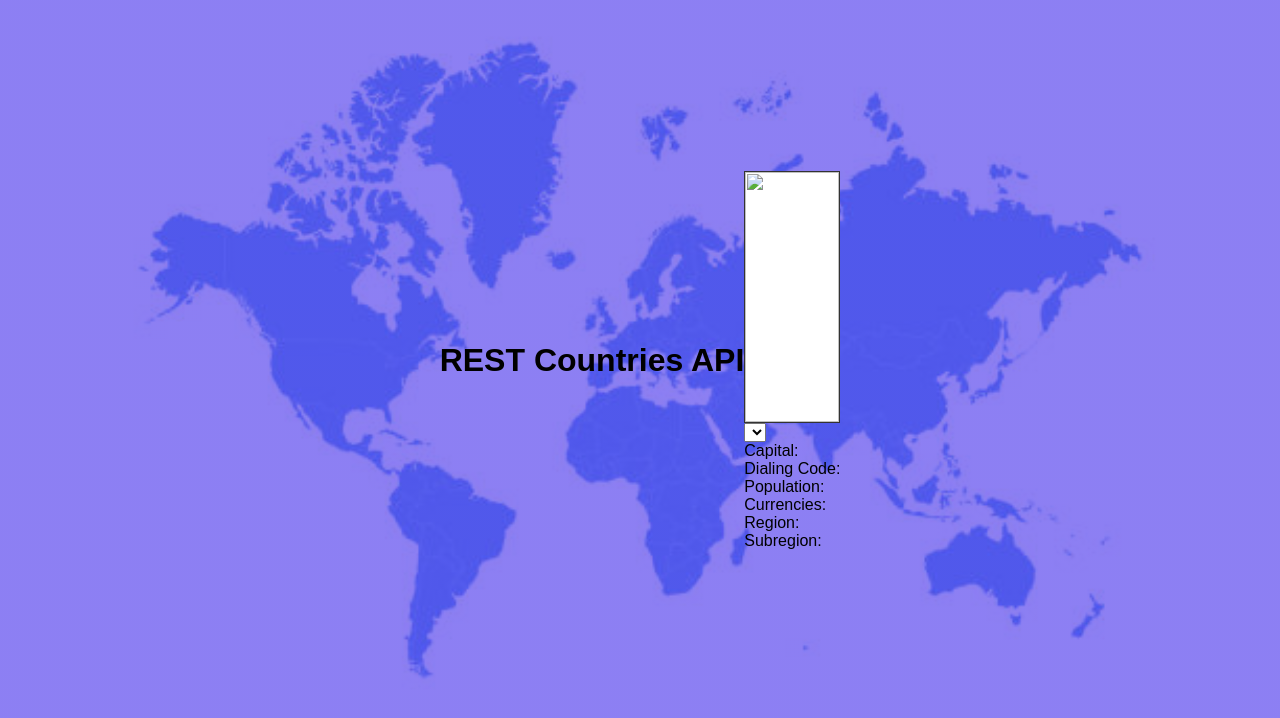
Repository: KhoaTran204/Rest-countries-api-app
Page: index.html
These files come from the project's save history. The page is drawn as it stood at one moment and after the next save; the edit follows.
The browser window is 1280 px wide. The pictures show the whole page.
The page's requests for data from a server got no answer.

Above is the page before, as saved 2024-04-14 08:38:09.

### index.html
<!DOCTYPE html>
<html lang="en">
  <head>
    <meta charset="UTF-8" />
    <meta name="viewport" content="width=device-width, initial-scale=1.0" />
    <link rel="stylesheet" href="style.css" />
    <title>Rest Countries API</title>
  </head>
  <body>
    <h1>REST Countries API</h1>
    <div id="main-container">
      <div id="flag-container">
        <img src="" alt="" />
      </div>
      <div id="info-container">
        <select id="countries"></select>
        <p>Capital: <span id="capital"></span></p>
        <p>Dialing Code: <span id="dialing-code"></span></p>
        <p>Population: <span id="population"></span></p>
        <p>Currencies: <span id="currencies"></span></p>
        <p>Region: <span id="region"></span></p>
        <p>Subregion: <span id="subregion"></span></p>
      </div>
    </div>
    <script src="app.js"></script>
  </body>
</html>

### style.css
* {
  margin: 0;
  padding: 0;
  box-sizing: border-box;
}

body {
  font-family: sans-serif;
  height: 100vh;
  display: flex;
  justify-content: center;
  align-items: center;
  /* background-image: url(anh/bando.jpg);
  background-repeat: no-repeat;
  background-position: center;
  background-size: cover; */
  background: linear-gradient(
      to top,
      rgba(92, 73, 238, 0.7),
      rgba(92, 73, 238, 0.7)
    ),
    url(anh/bando.jpg) no-repeat center/cover;
}

#flag-container {
  height: 252px;
  background-color: #fff;
  border: 1px solid #333;
}

#flag-container img {
  display: block;
  width: 100%;
  height: 100%;
}

### app.js
const countrieslist = document.getElementById("countries");
let countries;

countrieslist.addEventListener("change", (event) =>
  displayCountryInfo(event.target.value)
);

// fetch("https://restcountries.com/v2/all")
//   .then(function (res) {
//     console.log(res);
//     return res.json();
//   })
//   .then(function (data) {
//     console.log(data);
//     initialize(data);
//   })
//   .catch(function (err) {
//     console.log("Lỗi: ", err);
//   });
fetch("https://restcountries.com/v2/all").then((res) => {
  res
    .json()
    .then((data) => initialize(data))
    .catch((err) => console.log("Lỗi: ", err));
});
function initialize(countriesData) {
  countries = countriesData;
  let options = "";
  //   for (let i = 0; i < countries.length; i++) {
  //     options += `<option value="${countries[i].alpha3Code}">${countries[i].name}</option>`;
  //   }
  countries.forEach(
    (country) =>
      (options += `<option value="${country.alpha3Code}">${country.name}</option>`)
  );
  //   document.getElementById("countries").innerHTML = options;
  //   document.querySelector("countries").innerHTML = options;
  countrieslist.innerHTML = options;
  countrieslist.selectedIndex = Math.floor(
    Math.random() * countrieslist.length
  );
  displayCountryInfo(countrieslist[countrieslist.selectedIndex].value);
}

function displayCountryInfo(countryByAlpha3Code) {
  const countryData = countries.find(
    (country) => country.alpha3Code === countryByAlpha3Code
  );
  console.log(countryData);
  document.querySelector("#flag-container img").src = countryData.flag;
  document.querySelector(
    "#flag-container img"
  ).alt = `Flag of ${countryData.name}`;
  document.getElementById("capital").innerHTML = countryData.capital;
  document.getElementById(
    "dialing-code"
  ).innerHTML = `+ ${countryData.callingCodes[0]}`;
  document.getElementById("population").innerHTML =
    countryData.population.toLocaleString("en-US");
  document.getElementById("currencies").innerHTML = countryData.currencies
    .filter((c) => c.name)
    .map((c) => `${c.name} (${c.code})`)
    .join(", ");
  document.getElementById("region").innerHTML = countryData.region;
  document.getElementById("subregion").innerHTML = countryData.subregion;
}

After the next save:
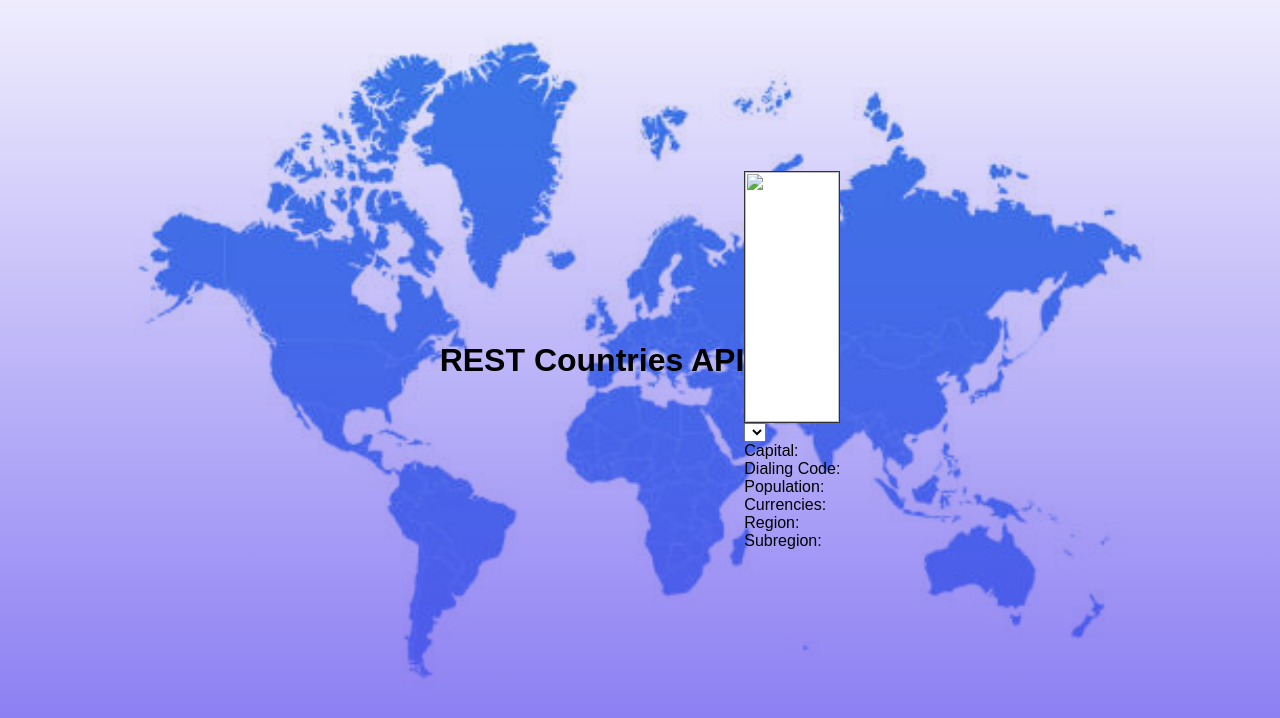
Saved 18 s later.
--- a/style.css
+++ b/style.css
@@ -17,7 +17,7 @@ body {
   background: linear-gradient(
       to top,
       rgba(92, 73, 238, 0.7),
-      rgba(92, 73, 238, 0.7)
+      rgba(92, 73, 238, 0.1)
     ),
     url(anh/bando.jpg) no-repeat center/cover;
 }
